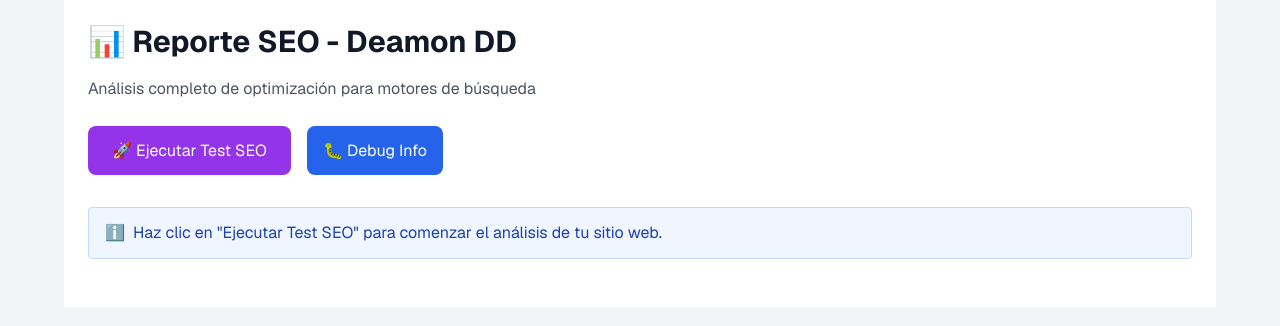
Repository: francoluca35/deamon-dd
Page: /seo-test
An editor plug-in stored every save of this project. The page is shown before and after the next save, followed by the edit.
The browser window is 1280 px wide. The pictures show the whole page.
The project was rebuilt for these pictures with package versions that can differ from the ones it lists, and the page was loaded fresh each time. The framework's server and built-in components were replaced by stand-ins that run in the browser. Also part of the build but not shown: next.config.mjs, app/components/ErrorBoundary.js.

Above is the page before, as saved 2025-09-10 00:41:17.

After the next save:
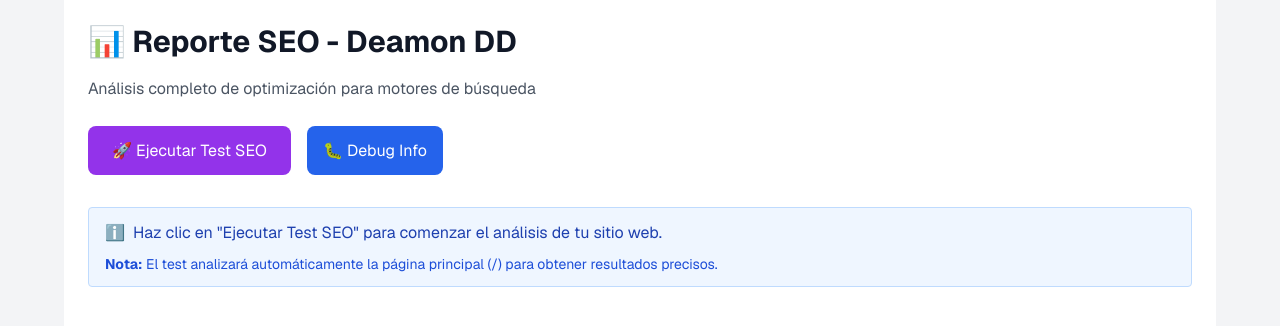
Saved 7 s later.
--- a/app/components/SEOReport.js
+++ b/app/components/SEOReport.js
@@ -122,6 +122,18 @@ const SEOReport = () => {
           <div className="flex items-center gap-2">
             <span>ℹ️</span>
             <span>Haz clic en &quot;Ejecutar Test SEO&quot; para comenzar el análisis de tu sitio web.</span>
+          </div>
+          <div className="mt-2 text-sm text-blue-700">
+            <strong>Nota:</strong> El test analizará automáticamente la página principal (/) para obtener resultados precisos.
+          </div>
+        </div>
+      )}
+
+      {loading && (
+        <div className="bg-yellow-50 border border-yellow-200 text-yellow-800 px-4 py-3 rounded mb-6">
+          <div className="flex items-center gap-2">
+            <div className="animate-spin rounded-full h-4 w-4 border-b-2 border-yellow-600"></div>
+            <span>Analizando la página principal de tu sitio web...</span>
           </div>
         </div>
       )}
